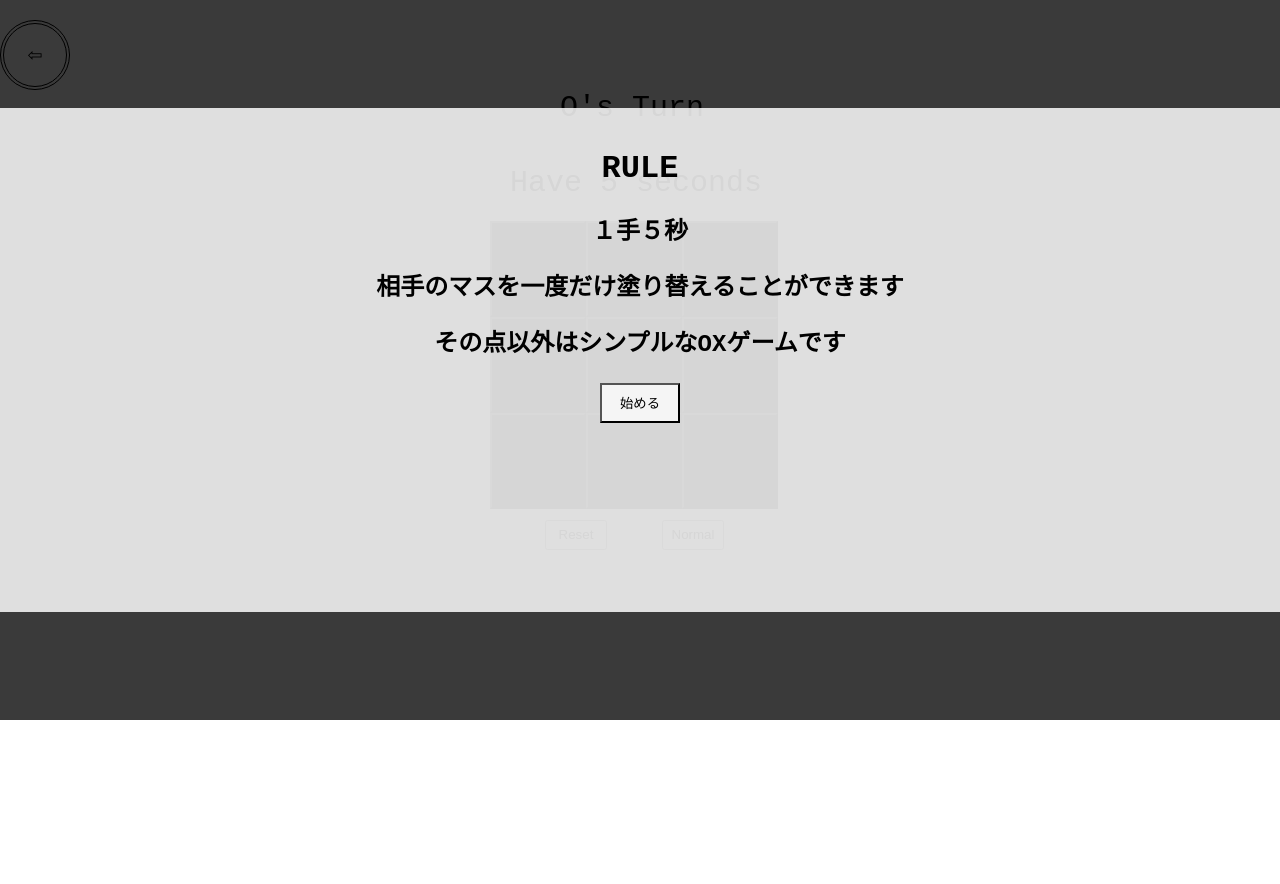
Repository: Mush-s/Folio-OX
Page: /tictactou
These files come from the project's save history. The page is drawn as it stood at one moment and after the next save; the edit follows.
The browser window is 1280 px wide. The pictures show the whole page.
The project was rebuilt for these pictures with package versions that can differ from the ones it lists, and the page was loaded fresh each time. Also part of the build but not shown: src/TicTacToe/AfterGame/AfterGame.css, src/TicTacToe/AfterGame/AfterGame.js, src/NanMon/BeforeGame/BeforeGame.js, src/NanMon/Game/Character/Character.css, src/NanMon/Game/Player/Player.js, src/NanMon/AfterGame/AfterGame1.css, src/NanMon/AfterGame/AfterGame1.js, src/NanMon/Game/Correct/Correct.css and 8 more.

Above is the page before, as saved 2022-09-20 11:05:11.

After the next save:
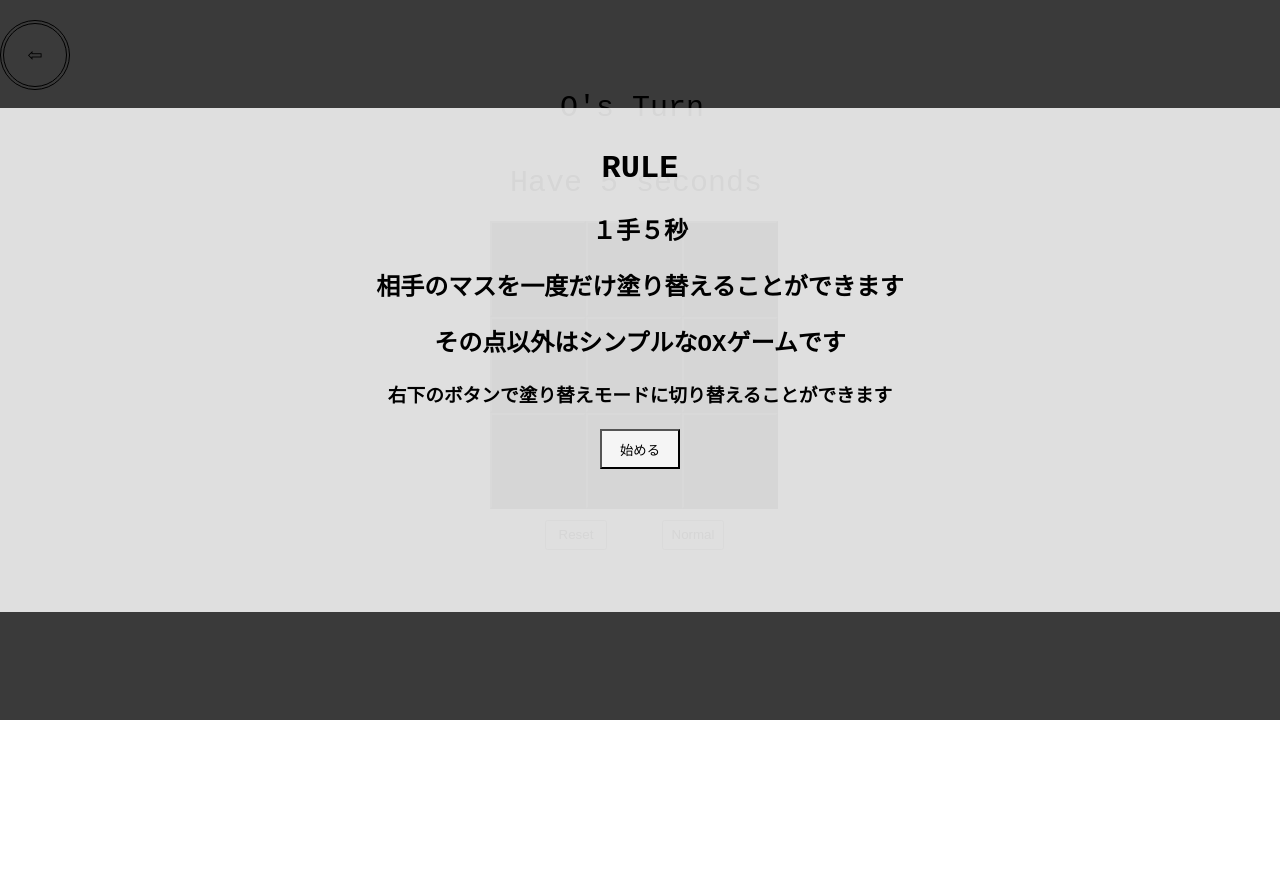
Saved 40 s later.
--- a/src/TicTacToe/BeforeGame/BeforeGame.js
+++ b/src/TicTacToe/BeforeGame/BeforeGame.js
@@ -10,6 +10,7 @@ const BeforeGame = (props) => {
         <h2>その点以外はシンプルなOXゲームです</h2>
 
         <p></p>
+        <h3>右下のボタンで塗り替えモードに切り替えることができます</h3>
         <button onClick={props.onClick}>始める</button>
       </div>
     </div>
